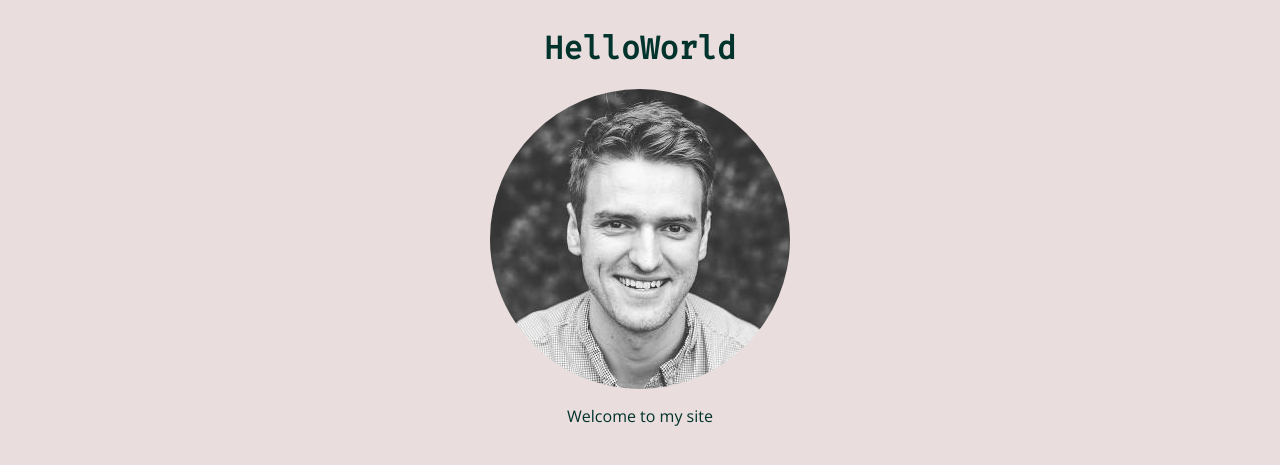
Repository: milespossing/Personal-Page
Page: index.html
The author's editor kept a copy of each file at every save. The page is drawn from the files as they stood at one save, then again after the next save.
The browser window is 1280 px wide. The pictures show the whole page.

Above is the page before, as saved 2019-09-19 21:20:44.

After the next save:
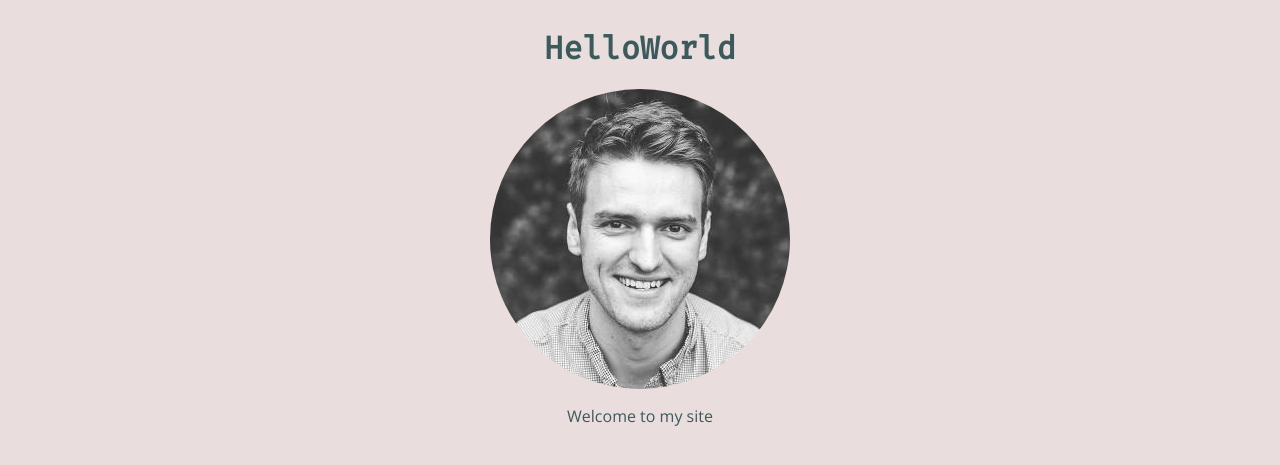
Saved 22 s later.
--- a/Styles/style.css
+++ b/Styles/style.css
@@ -4,7 +4,7 @@ body {
     align-content: center;
     align-items: center;
     background: #e9dddd;
-    color: #00332b;
+    color: #3c5a5b;
     font-family: 'Open Sans', sans-serif;
 }
 
